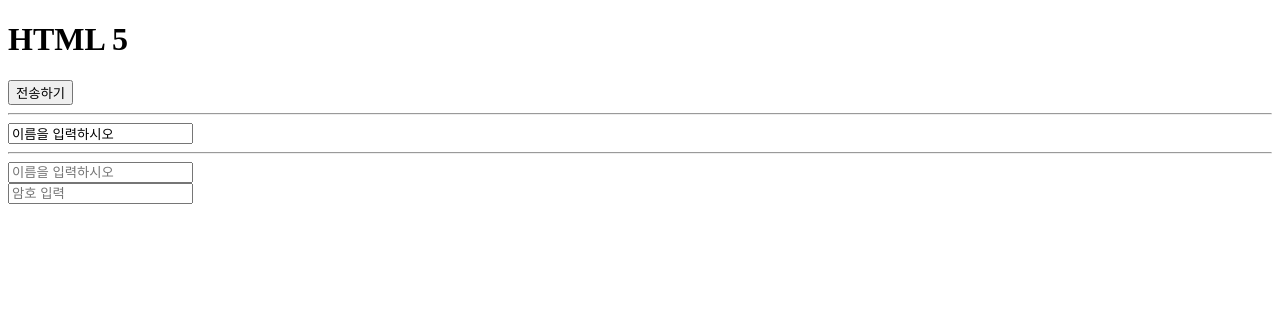
Repository: seula123/Front-End
Page: ClientTest/src/main/webapp/html/ex19.html
An editor plug-in stored every save of this project. The page is shown before and after the next save, followed by the edit.
The browser window is 1280 px wide. The pictures show the whole page.

Above is the page before, as saved 2023-09-21 08:09:21.

After the next save:
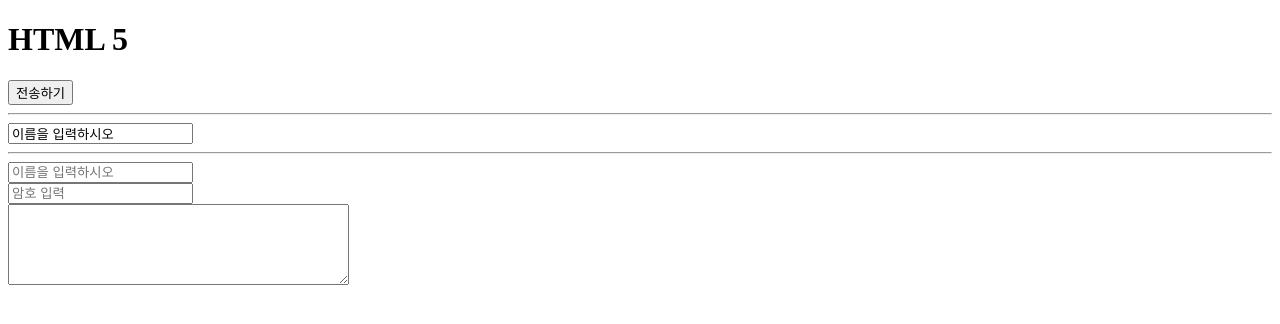
Saved 2 min 41 s later.
--- a/ClientTest/src/main/webapp/html/ex19.html
+++ b/ClientTest/src/main/webapp/html/ex19.html
@@ -21,6 +21,10 @@
 		<input type = "text" placeholder = "이름을 입력하시오">
 		<br>
 		<input type = "password" placeholder = "암호 입력">
+		<br>
+		<textarea cols ="40" rows ="5" placeholder = "자기소개">
+
+		</textarea>
 
 	</form>
 
@@ -30,5 +34,6 @@
 
 
 
+
 </body>
 </html>
